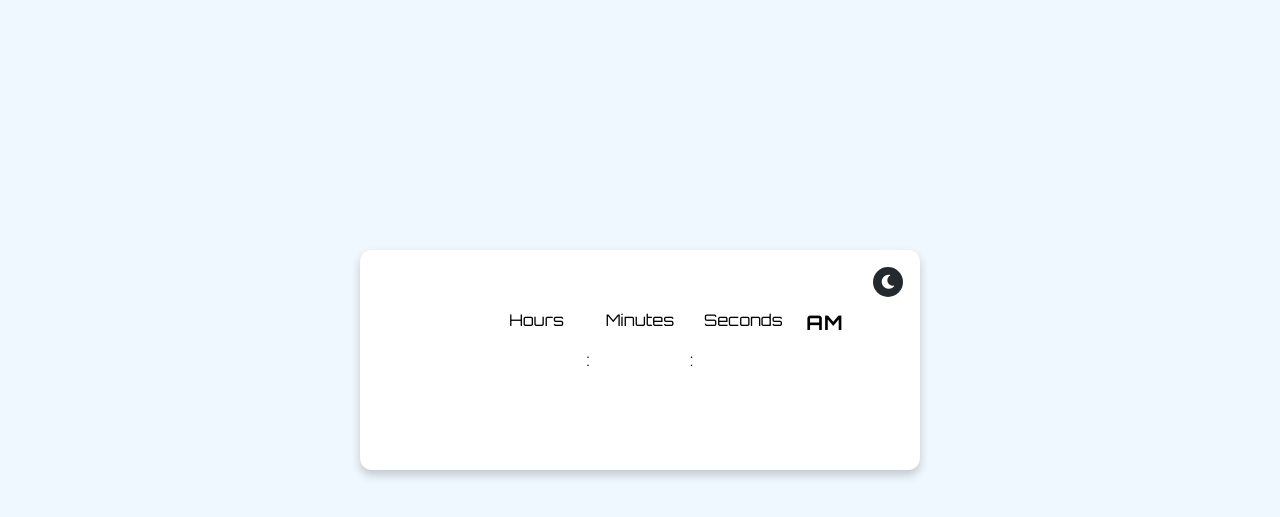
Repository: Seva2705/Clock
Page: index.html
The author's editor kept a copy of each file at every save. The page is drawn from the files as they stood at one save, then again after a run of saves.
The browser window is 1280 px wide. The pictures show the whole page.

Above is the page before, as saved 2023-08-06 19:41:42.

### index.html
<!DOCTYPE html>
<html lang="en">
<head>
    <meta charset="UTF-8">
    <meta http-equiv="X-UA-Compatible" content="IE=edge">
    <meta name="viewport" content="width=device-width, initial-scale=1.0">
    <title>Clock</title>
    <link rel='stylesheet' href='https://cdnjs.cloudflare.com/ajax/libs/font-awesome/5.15.4/css/all.min.css'>
    <link rel="stylesheet" href="style.css">
</head>
<body>
    <section>

        <div class="container">
            <div class="icons">
                <i class="fas fa-moon"></i>
                <i class="fas fa-sun"></i>
            </div>
            <div class="time">
                <div class="time-colon">
                    <div class="time-text">
                        <span class="num hour_num"></span>
                        <span class="text">Hours</span>
                    </div>
                    <span class="colon">:</span>
                </div>
                <div class="time-colon">
                    <div class="time-text">
                        <span class="num min_num"></span>
                        <span class="text">Minutes</span>
                    </div>
                    <span class="colon">:</span>
                </div>
                <div class="time-colon">
                    <div class="time-text">
                        <span class="num sec_num"></span>
                        <span class="text">Seconds</span>
                    </div>
                    <span class="am_pm">AM</span>
                </div>
            </div>
        </div>
    </section>


    <script src="script.js"></script>

</body>
</html>

### style.css
@import url('https://fonts.googleapis.com/css2?family=Orbitron:wght@400;500;600;700&display=swap');


* {
    margin: 0;
    padding: 0;
    box-sizing: border-box;
    font-family: 'Orbitron', sans-serif;
    transition: all 0.4s ease;
}

section {
    min-height: 100vh;
    width: 100%;
    display: flex;
    align-items: center;
    justify-content: center;
    background: #F0F8FF;
    padding: 0 20px;
}

section.dark {
    background: #24292D;
}

.container {
    display: flex;
    align-items: center;
    justify-content: center;
    height: 220px;
    max-width: 560px;
    width: 100%;
    background: #fff;
    box-shadow: 0 5px 10px rgba(0, 0, 0, 0.2);
    border-radius: 12px;
    position: relative;
}

section.dark .container {
    background: #323840;
}

section .container .icons i {
    position: absolute;
    right: 17px;
    top: 17px;
    height: 30px;
    width: 30px;
    background: #24292D;
    color: #fff;
    text-align: center;
    line-height: 30px;
    border-radius: 50%;
    font-size: 14px;
    cursor: pointer;
}

section.dark .container .icons i {
    background: #fff;
    color: #323840;
}

.container .icons i.fa-sun {
    opacity: 0;
    pointer-events: none;
}

section.dark .container .icons i.fa-sun {
    opacity: 1;
    pointer-events: auto;
    font-style: 16px;
}

section .container .time {
    display: flex;
    align-items: center;
}

.time-colon {
    display: flex;
    align-items: center;
    position: relative;
}

.am_pm {
    position: absolute;
    top: 0;
    right: -50px;
    font-size: 20px;
    font-weight: 700;
    letter-spacing: 1px;
}

section.dark .time .time-colon .am_pm {
    color: #fff;
}

.time .time-colon .time-text {
    height: 100px;
    width: 100px;
    display: flex;
    align-items: center;
    flex-direction: column;

}

Loaded but not shown: script.js (no copy from this time; the picture is the same without it)

After the next 5 saves:
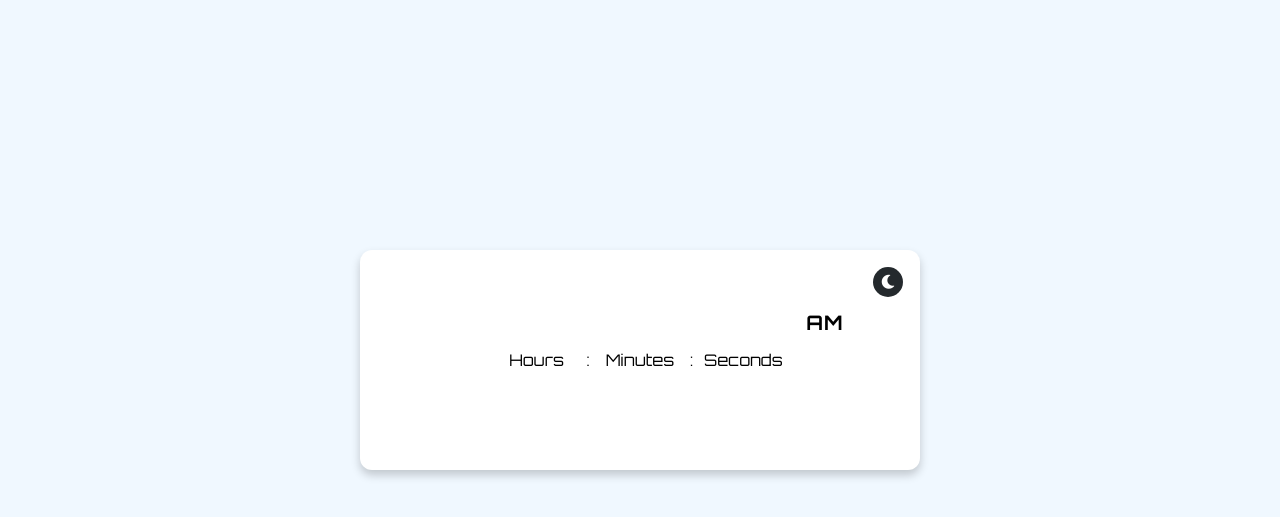
The 5 saves are shown as one change because they came seconds apart.
The last was saved 11 s later.
--- a/style.css
+++ b/style.css
@@ -101,5 +101,6 @@ section.dark .time .time-colon .am_pm {
     display: flex;
     align-items: center;
     flex-direction: column;
-
+    justify-content: center;
+    background: #F;
 }
